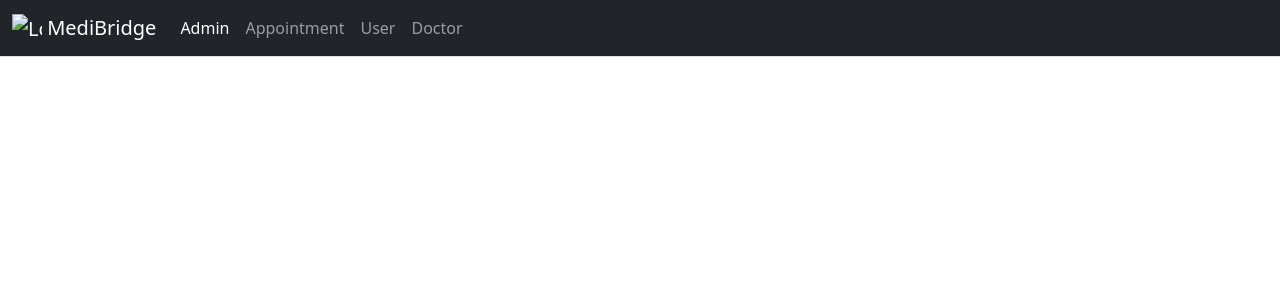
Repository: Abhinavan2004/MediBridge-hms
Page: http://localhost/Hospital_Management_System/User.jsp
These files come from the project's save history. The page is drawn as it stood at one moment and after the next save; the edit follows.
The browser window is 1280 px wide. The pictures show the whole page.
The page is served by Tomcat 9.

Above is the page before, as saved 2025-07-12 21:58:29.

After the next save:
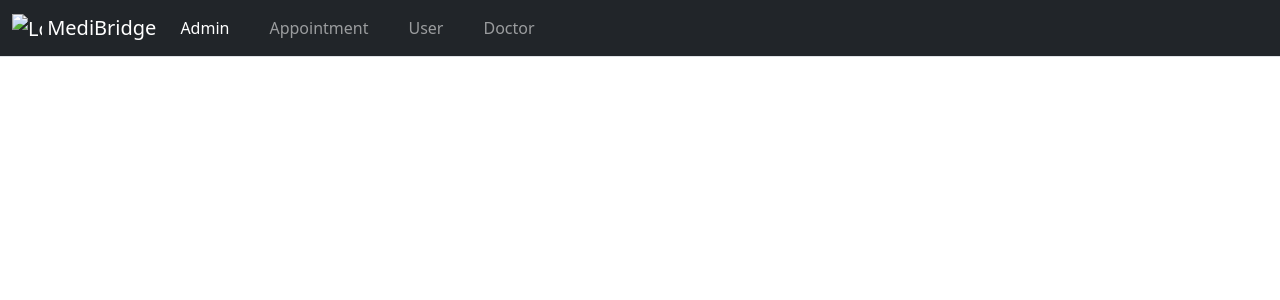
Saved 115 s later.
--- a/Hospital_Management_System/src/main/webapp/components/navbar.jsp
+++ b/Hospital_Management_System/src/main/webapp/components/navbar.jsp
@@ -21,17 +21,17 @@
         </button>
 
         <div class="collapse navbar-collapse" id="navbarNavDropdown">
-            <ul class="navbar-nav">
-                <li class="nav-item">
+            <ul class="navbar-nav me-auto">
+                <li class="nav-item me-4">
                     <a class="nav-link active" aria-current="page" href="#">Admin</a>
                 </li>
-                <li class="nav-item">
+                <li class="nav-item me-4">
                     <a class="nav-link" href="#">Appointment</a>
                 </li>
-                <li class="nav-item">
+                <li class="nav-item me-4">
                     <a class="nav-link" href="#">User</a>
                 </li>
-                <li class="nav-item">
+                <li class="nav-item me-4">
                     <a class="nav-link" href="#">Doctor</a>
                 </li>
             </ul>
